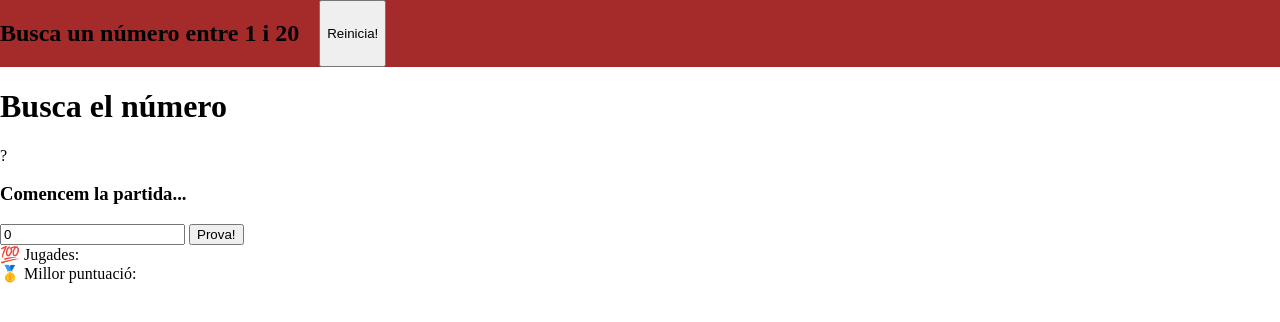
Repository: rdalmau23/M06_01
Page: index.html
The author's editor kept a copy of each file at every save. The page is drawn from the files as they stood at one save, then again after the next save.
The browser window is 1280 px wide. The pictures show the whole page.

Above is the page before, as saved 2024-10-11 11:16:31.

After the next save:
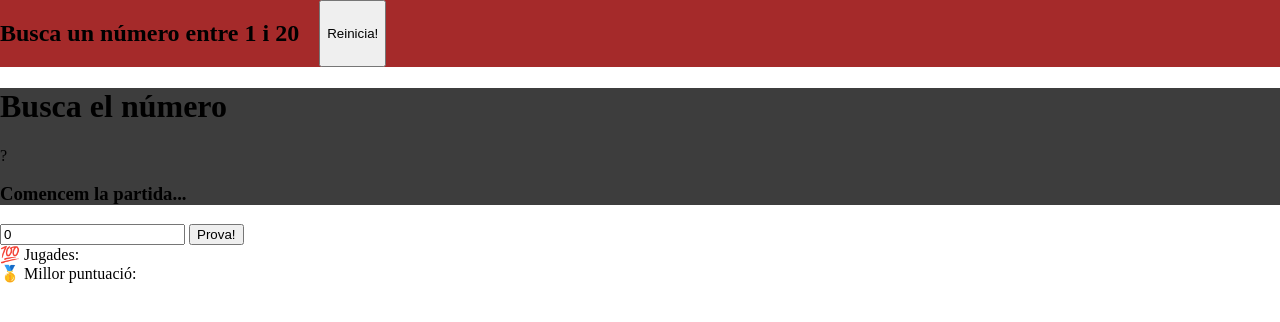
Saved 75 s later.
--- a/style.css
+++ b/style.css
@@ -6,3 +6,7 @@ header{
     display: flex;
     gap: 20px;
 }
+main{
+    background-color: rgb(61, 61, 61);
+    height: 50%;
+}
